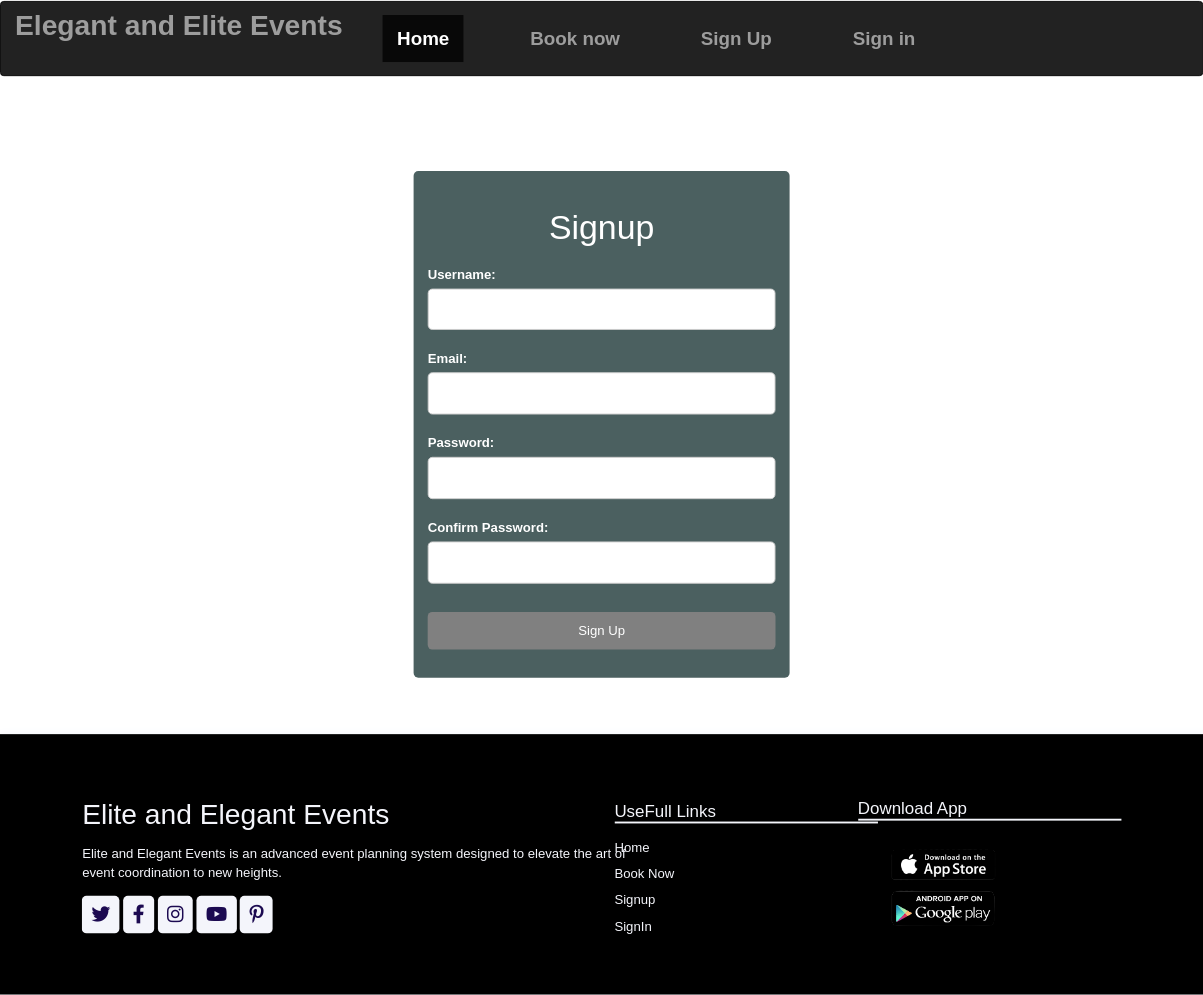
Repository: it22272690/Event-Planning-System
Page: http://localhost/PaymentDemo/Signup.jsp
An editor plug-in stored every save of this project. The page is shown before and after the next save, followed by the edit.
The browser window is 1280 px wide. The pictures show the whole page, at 94% of full size.
Some web fonts or font styles are not loaded; a fallback is used. The page is served by Tomcat 10. Other server files are loaded and not shown.

Above is the page before, as saved 2023-10-24 06:29:47.

### PaymentDemo/src/main/webapp/Signup.jsp
<%@ page language="java" contentType="text/html; charset=ISO-8859-1"
    pageEncoding="ISO-8859-1"%>


<!DOCTYPE html>
<html lang="en">
<head>

    <meta charset="UTF-8">
    <meta name="viewport" content="width=device-width, initial-scale=1.0">
    <title>Event Planning System Signup</title>
    <link rel="stylesheet" href="css\signup.css">
    <link rel="stylesheet" href="css\home.css">
     <%@include file="Header.jsp" %>
</head>
<body>
<style>
   body {

         background-image: url("images/signup.jpg");
         font-family: 'Times New Roman';
        }
        footer {
    background-color: #222; /* Dark background for footer */
    padding: 10px;
    text-align: left;
}
h1 {
    text-align: center;
    color:#fff;
}
</style>
    <br><br><br><br>
    <div class="container">
        <h1>Signup </h1>
        <form id="signupForm" action="Signin.jsp" method="post">
            <label for="username">Username:</label>
            <input type="text" id="username" name="username" required>

            <label for="email">Email:</label>
            <input type="email" id="email" name="email" required>

            <label for="password">Password:</label>
            <input type="password" id="password" name="password" required>

            <label for="confirmPassword">Confirm Password:</label>
            <input type="password" id="confirmPassword" name="confirmPassword" required><br>

            <button type="submit">Sign Up</button>
        </form>
        <p id="errorText"></p>
    </div>
    <script src="js\signup.js"></script><br><br><br>
   <%@include file="Footer.jsp" %>
</body>
</html>

### PaymentDemo/src/main/webapp/Header.jsp
<%@ page language="java" contentType="text/html; charset=ISO-8859-1"
    pageEncoding="ISO-8859-1"%>
<!DOCTYPE html>
<html>
<head>
 <title>Bootstrap Example</title>
        <meta charset="utf-8">
        <meta name="viewport" content="width=device-width, initial-scale=1">
        <link rel="stylesheet" href="https://maxcdn.bootstrapcdn.com/bootstrap/3.4.1/css/bootstrap.min.css">
        <script src="https://ajax.googleapis.com/ajax/libs/jquery/3.6.4/jquery.min.js"></script>
        <script src="https://maxcdn.bootstrapcdn.com/bootstrap/3.4.1/js/bootstrap.min.js"></script>
    </head>
    <body>

        <header>

            <nav class="navbar navbar-inverse">

                <div class="container-fluid">
                    <div class="navbar-header">

                        <a class="navbar-brand" href="#"><b style="font-size:30px;">Elegant and Elite Events</b></a>

                    </div>
                    <ul class="nav navbar-nav">

                        <li class="active"><a href="#">Home</a></li>
                        <li><a href="Navigate.jsp">Book now</a></li>
                        <li><a href="Signup.jsp">Sign Up</a></li>
                        <li><a href="Signin.jsp">Sign in</a></li>


                    </ul>
                </div>
            </nav>

        </header>
        </body>
        </html>

### PaymentDemo/src/main/webapp/Footer.jsp
<%@ page language="java" contentType="text/html; charset=ISO-8859-1"
    pageEncoding="ISO-8859-1"%>
<!DOCTYPE html>
<html lang="en">
<head>
    <meta charset="UTF-8">
    <meta name="viewport" content="width=device-width, initial-scale=1.0">
    <title>Travel Website Design</title>

    <!-- Style Css Link -->
    <link rel="stylesheet" href="css/footer.css">
    <!-- Style Css Link -->

    <!-- Font Awesome Cdn -->
    <link rel="stylesheet" href="https://cdnjs.cloudflare.com/ajax/libs/font-awesome/6.4.0/css/all.min.css">
    <!-- Font Awesome Cdn -->

    <!-- Google Font links -->
    <link rel="preconnect" href="https://fonts.googleapis.com">
    <link rel="preconnect" href="https://fonts.gstatic.com" crossorigin>
    <link href="https://fonts.googleapis.com/css2?family=Josefin+Sans:wght@500&display=swap" rel="stylesheet">
    <!-- Google Font links -->

</head>
<body>
<footer id="footer">
    <div class="footer-content">
        <div class="row" id="row1">
            <a href="#" id="footer-logo">Elite and Elegant Events</a>
            <p>Elite and Elegant Events is an advanced event planning system designed to elevate the art of event coordination to new heights.</p>
            <div class="socail-links">
                <i class="fa-brands fa-twitter"></i>
                <i class="fa-brands fa-facebook-f"></i>
                <i class="fa-brands fa-instagram"></i>
                <i class="fa-brands fa-youtube"></i>
                <i class="fa-brands fa-pinterest-p"></i>
            </div>
        </div>
        <div class="row" id="row2">
            <h3>UseFull Links</h3>
            <ul>
                <li><a href="#">Home</a></li>
                <li><a href="#">Book Now</a></li>
                <li><a href="#">Signup</a></li>
                <li><a href="#">SignIn</a></li>

            </ul>
        </div>

        <div class="row" id="row4">
            <h3>Download App</h3>
            <img src="images/app.png" alt="foot">
        </div>
    </div>
</footer>
</body>
</html>

### PaymentDemo/src/main/webapp/css/signup.css
* {
    margin: 0;
    padding: 0;
    box-sizing: border-box;
}

body {
    font-family: 'Times New Roman';
    background-image: url("images\signup.jpg");
    background-repeat: no-repeat;
    background-size: cover;
}

.container {
    max-width: 400px;
    margin: 0 auto;
    padding: 20px;
    background-color: rgba(31, 57, 57, 0.8); /* Semi-transparent background color */
    border-radius: 5px;
}

h1 {
    text-align: center;
    color:#fff;
}

form {
    display: flex;
    flex-direction: column;
    color:#fff;
}

label {
    margin-top: 10px;
    font-weight: bold;
}

input[type="text"],
input[type="email"],
input[type="password"] {
    padding: 10px;
    margin-bottom: 10px;
    border: 1px solid #ccc;
    border-radius: 5px;
    font-size: 16px;
}

button {
    background-color:#808080;
    color:#fff;
    padding: 10px;
    border: none;
    border-radius: 5px;
    font-size: 20px;
    cursor: pointer;
}

    button:hover {
        background-color: rgba(31, 57, 57, 0.8);
    }

#errorText {
    color: red;
    text-align: center;
    margin-top: 10px;
}

### PaymentDemo/src/main/webapp/css/home.css

.button {
    display: inline-block;
    padding: 10px 20px;
    background-color: #D2691E;
    color: #fff;
    text-decoration: none;
    border-radius: 10px;
    margin-right: 10px;
}

body {
    font-family: 'Courier New';
    margin: 0;
    padding: 0;
    background-color: #FFE4B5;
    color: #fff;
}

header {
    display: flex;
    font-family: Arial;
    font-size: 20px;
    align-items: center;

    padding: 1px 0;
    justify-content: space-between; /* Center buttons horizontally */
}

    header img {
        width: 100px; /* Adjust the width as needed */
        height: auto; /* Preserve the aspect ratio */
        margin-left: 20px; /* Add some left margin to the logo */
    }

nav ul {
    list-style-type: none;
    padding: 0;
    text-align: center; /* Center buttons vertically */
}

    nav ul li {
        display: inline;
        float: right;
        display: block;
        color: white;
        padding: 14px 18px;
        text-decoration: none;
    }

        nav ul li a {
            color: #fff;
            text-decoration: none;
            font-weight: bold;
            margin: 0 10px; /* Add some horizontal spacing between the buttons */
        }

.services {
    display: flex;
    flex-wrap: wrap;
    justify-content: center;
    margin: 20px auto;
    max-width: 1200px;
    color: #8B4513; /* Set the text color to white for visibility */
}

.service {
    background-color: #fff;
    border: 1px solid #FF4500; /* Slightly darker border */
    border-radius: 5px;
    padding: 20px;
    margin: 10px;
    text-align: center;
    width: calc(33.33% - 20px);
}

footer {
    background-color: #222; /* Dark background for footer */
    padding: 20px;
    text-align: left;
}

.contact, .social-media {
    display: inline-block;
    margin: 0 20px;
    text-align: left;
    color: #fff;
}

    .social-media a {
        color: #fff;
        text-decoration: none;
        margin: 5px;
        text-align: left;
    }

/* Add this CSS to style the search bar */
.search-section {
    display: flex;
    align-items: center;
}

.search-bar {
    padding: 10px;
    border: 1px solid #ccc;
    border-radius: 5px;
    margin-right: 10px;
    width: 200px; /* Adjust the width as needed */
    outline: none; /* Remove the outline on focus */
}

    .search-bar::placeholder {
        color: #999; /* Placeholder text color */
    }

.search-button {
    background-color: #D2691E;
    color: #fff;
    padding: 10px 20px;
    border: none;
    border-radius: 5px;
    cursor: pointer;
    font-weight: bold;
}

### PaymentDemo/src/main/webapp/js/signup.js
document.addEventListener('DOMContentLoaded', function () {
    const signupForm = document.getElementById('signupForm');
    const errorText = document.getElementById('errorText');

    signupForm.addEventListener('submit', function (e) {
        e.preventDefault();

        // Get form values
        const username = document.getElementById('username').value;
        const email = document.getElementById('email').value;
        const password = document.getElementById('password').value;
        const confirmPassword = document.getElementById('confirmPassword').value;

        // Check if passwords match
        if (password !== confirmPassword) {
            errorText.textContent = 'Passwords do not match.';
            return;
        }

        // Perform further validation if needed

        // Submit the form data to the server or perform other actions
        // For demonstration purposes, just display a success message
        errorText.textContent = 'Signup successful!';

        // You would typically send the form data to the server for processing here
    });
});

### PaymentDemo/src/main/webapp/css/footer.css
*{
    margin: 0;
    padding: 0;
    box-sizing: border-box;
    text-decoration: none;
    list-style: none;
    scroll-behavior: smooth;
    font-family: 'Josefin Sans', sans-serif;
}
html::-webkit-scrollbar-track{
    background: transparent;
}
html::-webkit-scrollbar-thumb{
    background: #f4f5fb;
    border-radius: 10px;
}
html::-webkit-scrollbar{
    width: 10px;
}
body{
    background: #fff;
}


/* Footer Start */
#footer{
    width: 100%;
    padding: 50px 8% 50px;
    background-color: black;
    box-shadow: 10px 10px 10px 10px #f4f5fb;
}
.footer-content{
    display: grid;
    grid-template-columns: repeat(auto-fit, minmax(250px, auto));
    align-items: center;
    gap: 0.90rem;
}
#footer #row1{
    position: relative;
    overflow: hidden;
}
#footer #row1 #footer-logo{
    font-size: 30px;
    color: #f4f5fb;
}
#footer #row1 p{
    color: #f4f5fb;
    margin-top: 10px;
}
.socail-links{
    margin-top: 15px;
}
.socail-links i{
    color: #1c0a51;
    background: #f4f5fb;
    font-size: 20px;
    padding: 10px;
    border-radius: 5px;
    cursor: pointer;
}
#row2 h3{
    font-size: 18px;
    color: #f4f5fb;
    border-bottom: 2px solid #f4f5fb;
}
#row2 ul{
    margin-top: 15px;
}
#row2 ul li{
    margin-top: 8px;
}
#row2 ul li a{
    color: #f4f5fb;
    transition: 0.5s ease;
}
#row2 li a:hover{
    border-bottom: 1px solid #f4f5fb;
}
#row3 h3{
    font-size: 18px;
    color: #f4f5fb;
    border-bottom: 2px solid #f4f5fb;
}
#row3 ul{
    margin-top: 15px;
}
#row3 ul li{
    margin-top: 8px;
}
#row3 ul li a{
    color: #f4f5fb;
    transition: 0.5s ease;
}
#row3 li a:hover{
    border-bottom: 1px solid #f4f5fb;
}
#row4 h3{
    font-size: 18px;
    color: #f4f5fb;
    border-bottom: 2px solid #f4f5fb;
}
#row4 img{
    width: 180px;
    cursor: pointer;
}
/* Footer End */

After the next save:
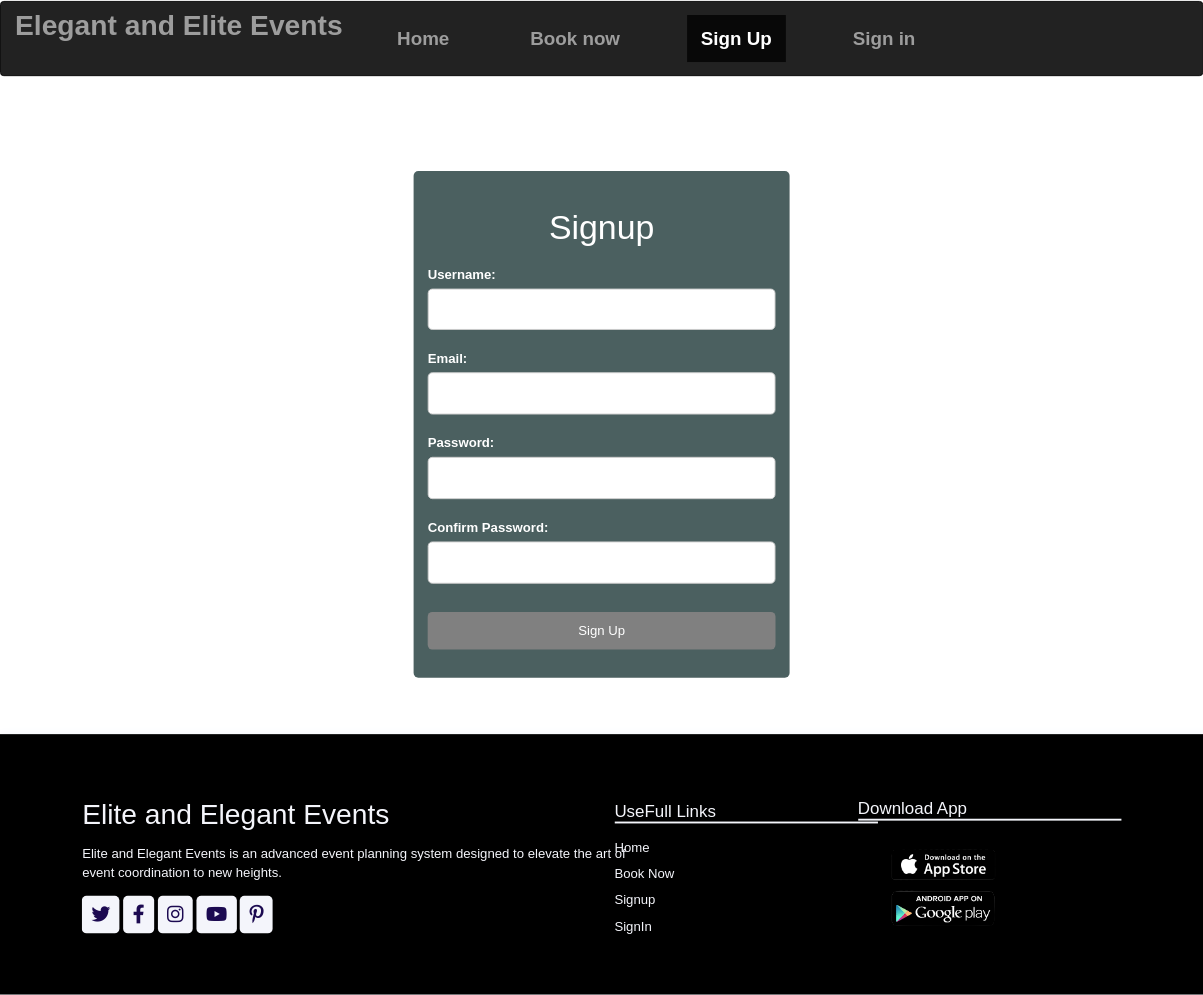
Saved 46 s later.
--- a/PaymentDemo/src/main/webapp/Signup.jsp
+++ b/PaymentDemo/src/main/webapp/Signup.jsp
@@ -11,7 +11,40 @@
     <title>Event Planning System Signup</title>
     <link rel="stylesheet" href="css\signup.css">
     <link rel="stylesheet" href="css\home.css">
-     <%@include file="Header.jsp" %>
+    <title>Bootstrap Example</title>
+        <meta charset="utf-8">
+        <meta name="viewport" content="width=device-width, initial-scale=1">
+        <link rel="stylesheet" href="https://maxcdn.bootstrapcdn.com/bootstrap/3.4.1/css/bootstrap.min.css">
+        <script src="https://ajax.googleapis.com/ajax/libs/jquery/3.6.4/jquery.min.js"></script>
+        <script src="https://maxcdn.bootstrapcdn.com/bootstrap/3.4.1/js/bootstrap.min.js"></script>
+    </head>
+    <body>
+
+        <header>
+
+            <nav class="navbar navbar-inverse">
+
+                <div class="container-fluid">
+                    <div class="navbar-header">
+
+                        <a class="navbar-brand" href="#"><b style="font-size:30px;">Elegant and Elite Events</b></a>
+
+                    </div>
+                    <ul class="nav navbar-nav">
+
+                        <li><a href="#">Home</a></li>
+                        <li><a href="Navigate.jsp">Book now</a></li>
+                        <li class="active"><a href="Signup.jsp">Sign Up</a></li>
+                        <li><a href="Signin.jsp">Sign in</a></li>
+
+
+                    </ul>
+                </div>
+            </nav>
+
+        </header>
+        </body>
+        </html>
 </head>
 <body>
 <style>
